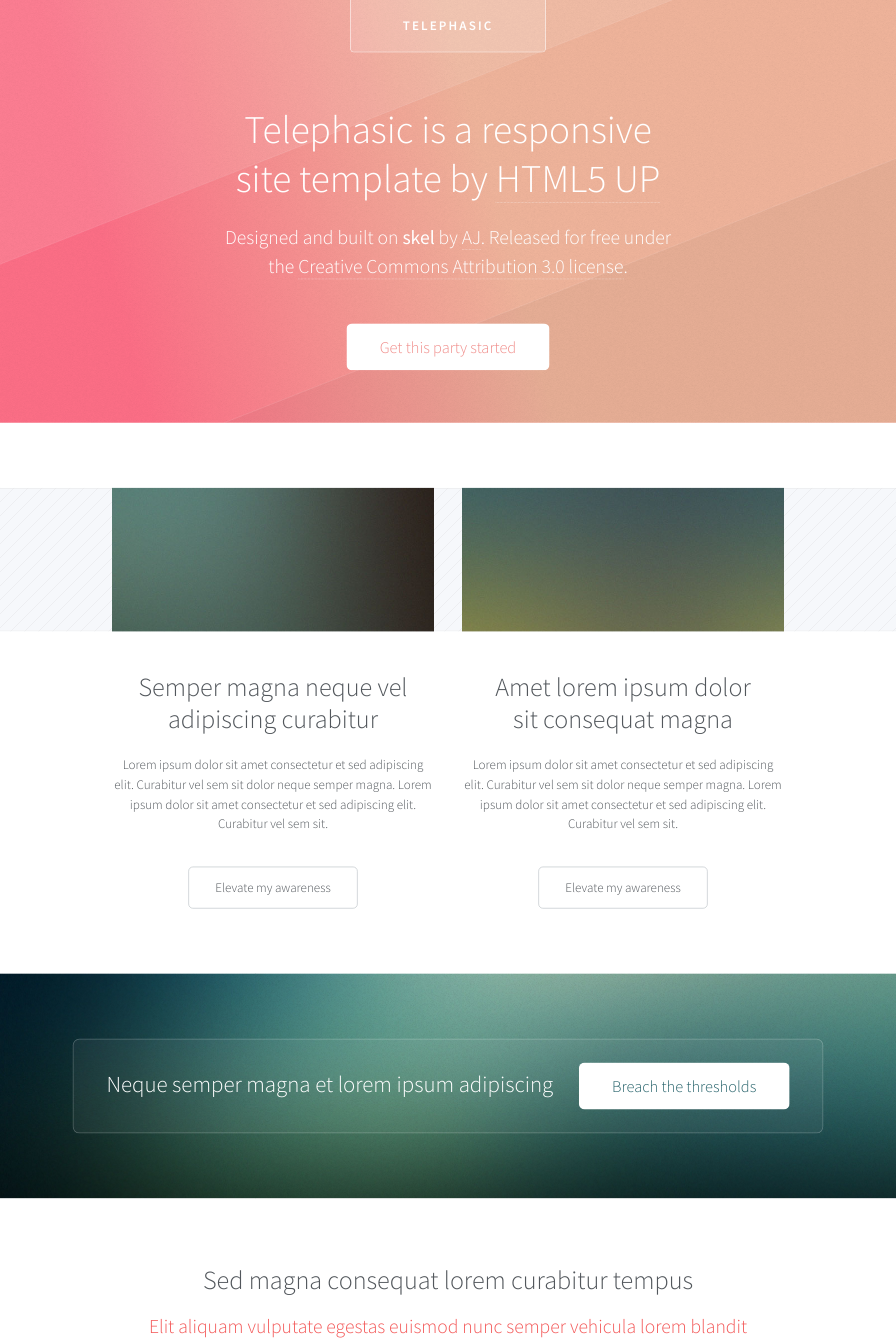
Repository: FranCodeCafe/francodecafe.github.io
Page: index.html
An editor plug-in stored every save of this project. The page is shown before and after the next save, followed by the edit.
The browser window is 1280 px wide. The pictures show the part of the page from y = 0 to 1920 px (the page is 3491 px tall before and 3111 px after), at 70% of full size.

Above is the page before, as saved 2020-01-22 14:07:20.

### index.html
<!DOCTYPE HTML>
<!--
	Telephasic by HTML5 UP
	html5up.net | @n33co
	Free for personal and commercial use under the CCA 3.0 license (html5up.net/license)
-->
<html>
	<head>
		<title>Telephasic by HTML5 UP</title>
		<meta http-equiv="content-type" content="text/html; charset=utf-8" />
		<meta name="description" content="" />
		<meta name="keywords" content="" />
		<!--[if lte IE 8]><script src="css/ie/html5shiv.js"></script><![endif]-->
		<script src="js/jquery.min.js"></script>
		<script src="js/jquery.dropotron.min.js"></script>
		<script src="js/skel.min.js"></script>
		<script src="js/skel-layers.min.js"></script>
		<script src="js/init.js"></script>
		<noscript>
			<link rel="stylesheet" href="css/skel.css" />
			<link rel="stylesheet" href="css/style.css" />
		</noscript>
		<!--[if lte IE 8]><link rel="stylesheet" href="css/ie/v8.css" /><![endif]-->
	</head>
	<body class="homepage">

		<!-- Header -->
			<div id="header-wrapper">
				<div id="header" class="container">

					<!-- Logo -->
						<h1 id="logo"><a href="index.html">Telephasic</a></h1>

					<!-- Nav -->
						<!-- <nav id="nav">
							<ul>
								<li>
									<a href="">Dropdown</a>
									<ul>
										<li><a href="#">Lorem ipsum dolor</a></li>
										<li><a href="#">Magna phasellus</a></li>
										<li><a href="#">Etiam dolore nisl</a></li>
										<li>
											<a href="">Phasellus consequat</a>
											<ul>
												<li><a href="#">Lorem ipsum dolor</a></li>
												<li><a href="#">Phasellus consequat</a></li>
												<li><a href="#">Magna phasellus</a></li>
												<li><a href="#">Etiam dolore nisl</a></li>
											</ul>
										</li>
										<li><a href="#">Veroeros feugiat</a></li>
									</ul>
								</li>
								<li><a href="left-sidebar.html">Left Sidebar</a></li>
								<li class="break"><a href="right-sidebar.html">Right Sidebar</a></li>
								<li><a href="no-sidebar.html">No Sidebar</a></li>
							</ul>
						</nav> -->

				</div>

				<!-- Hero -->
					<section id="hero" class="container">
						<header>
							<h2>Telephasic is a responsive
							<br />
							site template by <a href="http://html5up.net">HTML5 UP</a></h2>
						</header>
						<p>Designed and built on <strong>skel</strong> by <a href="http://n33.co">AJ</a>. Released for free under
						<br />
						the <a href="http://html5up.net/license">Creative Commons Attribution 3.0 license</a>.</p>
						<ul class="actions">
							<li><a href="#" class="button">Get this party started</a></li>
						</ul>
					</section>

			</div>

		<!-- Features 1 -->
			<div class="wrapper">
				<div class="container">
					<div class="row">
						<section class="6u 12u(narrower) feature">
							<div class="image-wrapper first">
								<a href="#" class="image featured first"><img src="images/pic01.jpg" alt="" /></a>
							</div>
							<header>
								<h2>Semper magna neque vel<br />
								adipiscing curabitur</h2>
							</header>
							<p>Lorem ipsum dolor sit amet consectetur et sed adipiscing elit. Curabitur vel
							sem sit dolor neque semper magna. Lorem ipsum dolor sit amet consectetur et sed
							adipiscing elit. Curabitur vel sem sit.</p>
							<ul class="actions">
								<li><a href="#" class="button">Elevate my awareness</a></li>
							</ul>
						</section>
						<section class="6u 12u(narrower) feature">
							<div class="image-wrapper">
								<a href="#" class="image featured"><img src="images/pic02.jpg" alt="" /></a>
							</div>
							<header>
								<h2>Amet lorem ipsum dolor<br />
								sit consequat magna</h2>
							</header>
							<p>Lorem ipsum dolor sit amet consectetur et sed adipiscing elit. Curabitur vel
							sem sit dolor neque semper magna. Lorem ipsum dolor sit amet consectetur et sed
							adipiscing elit. Curabitur vel sem sit.</p>
							<ul class="actions">
								<li><a href="#" class="button">Elevate my awareness</a></li>
							</ul>
						</section>
					</div>
				</div>
			</div>

		<!-- Promo -->
			<div id="promo-wrapper">
				<section id="promo">
					<h2>Neque semper magna et lorem ipsum adipiscing</h2>
					<a href="#" class="button">Breach the thresholds</a>
				</section>
			</div>

		<!-- Features 2 -->
			<div class="wrapper">
				<section class="container">
					<header class="major">
						<h2>Sed magna consequat lorem curabitur tempus</h2>
						<p>Elit aliquam vulputate egestas euismod nunc semper vehicula lorem blandit</p>
					</header>
					<div class="row features">
						<section class="4u 12u(narrower) feature">
							<div class="image-wrapper first">
								<a href="#" class="image featured"><img src="images/pic03.jpg" alt="" /></a>
							</div>
							<p>Lorem ipsum dolor sit amet consectetur et sed adipiscing elit. Curabitur
							vel sem sit dolor neque semper magna lorem ipsum.</p>
						</section>
						<section class="4u 12u(narrower) feature">
							<div class="image-wrapper">
								<a href="#" class="image featured"><img src="images/pic04.jpg" alt="" /></a>
							</div>
							<p>Lorem ipsum dolor sit amet consectetur et sed adipiscing elit. Curabitur
							vel sem sit dolor neque semper magna lorem ipsum.</p>
						</section>
						<section class="4u 12u(narrower) feature">
							<div class="image-wrapper">
								<a href="#" class="image featured"><img src="images/pic05.jpg" alt="" /></a>
							</div>
							<p>Lorem ipsum dolor sit amet consectetur et sed adipiscing elit. Curabitur
							vel sem sit dolor neque semper magna lorem ipsum.</p>
						</section>
					</div>
					<ul class="actions major">
						<li><a href="#" class="button">Elevate my awareness</a></li>
					</ul>
				</section>
			</div>

		<!-- Footer -->
			<div id="footer-wrapper">
				<div id="footer" class="container">
					<header class="major">
						<h2>Euismod aliquam vehicula lorem</h2>
						<p>Lorem ipsum dolor sit amet consectetur et sed adipiscing elit. Curabitur vel sem sit<br />
						dolor neque semper magna lorem ipsum feugiat veroeros lorem ipsum dolore.</p>
					</header>
					<div class="row">
						<section class="6u 12u(narrower)">
							<form method="post" action="#">
								<div class="row 50%">
									<div class="6u 12u(mobile)">
										<input name="name" placeholder="Name" type="text" />
									</div>
									<div class="6u 12u(mobile)">
										<input name="email" placeholder="Email" type="text" />
									</div>
								</div>
								<div class="row 50%">
									<div class="12u">
										<textarea name="message" placeholder="Message"></textarea>
									</div>
								</div>
								<div class="row 50%">
									<div class="12u">
										<ul class="actions">
											<li><input type="submit" value="Send Message" /></li>
											<li><input type="reset" value="Clear form" /></li>
										</ul>
									</div>
								</div>
							</form>
						</section>
						<section class="6u 12u(narrower)">
							<div class="row 0%">
								<ul class="divided icons 6u 12u(mobile)">
									<li class="icon fa-twitter"><a href="#"><span class="extra">twitter.com/</span>untitled</a></li>
									<li class="icon fa-facebook"><a href="#"><span class="extra">facebook.com/</span>untitled</a></li>
									<li class="icon fa-dribbble"><a href="#"><span class="extra">dribbble.com/</span>untitled</a></li>
								</ul>
								<ul class="divided icons 6u 12u(mobile)">
									<li class="icon fa-instagram"><a href="#"><span class="extra">instagram.com/</span>untitled</a></li>
									<li class="icon fa-youtube"><a href="#"><span class="extra">youtube.com/</span>untitled</a></li>
									<li class="icon fa-pinterest"><a href="#"><span class="extra">pinterest.com/</span>untitled</a></li>
								</ul>
							</div>
						</section>
					</div>
				</div>
				<div id="copyright" class="container">
					<ul class="menu">
						<li>&copy; Untitled. All rights reserved.</li><li>Design: <a href="http://html5up.net">HTML5 UP</a></li>
					</ul>
				</div>
			</div>

	</body>
</html>

### css/style-normal.css
/*
	Telephasic by HTML5 UP
	html5up.net | @n33co
	Free for personal and commercial use under the CCA 3.0 license (html5up.net/license)
*/

/*********************************************************************************/
/* Basic                                                                         */
/*********************************************************************************/

	body,input,textarea,select
	{
		line-height: 1.5em;
		font-size: 14pt;
	}

	span.extra
	{
		display: none;
	}

/*********************************************************************************/
/* Wrappers                                                                      */
/*********************************************************************************/

	.wrapper
	{
		padding: 5em 0 5em 0;
	}

	#header-wrapper
	{
		padding: 2em 0 em 0;
	}

		.homepage #header-wrapper
		{
			padding: 8em 0 4em 0;
		}

	#promo-wrapper
	{
		padding: 5em 0 5em 0;
	}

	#footer-wrapper
	{
		padding: 5em 0 5em 0;
	}

Loaded but not shown: js/jquery.min.js (library); js/jquery.dropotron.min.js (library); js/skel.min.js (library); js/skel-layers.min.js (library); css/font-awesome.min.css (library); js/init.js (92 lines, source omitted); css/style.css (938 lines, source omitted)

After the next save:
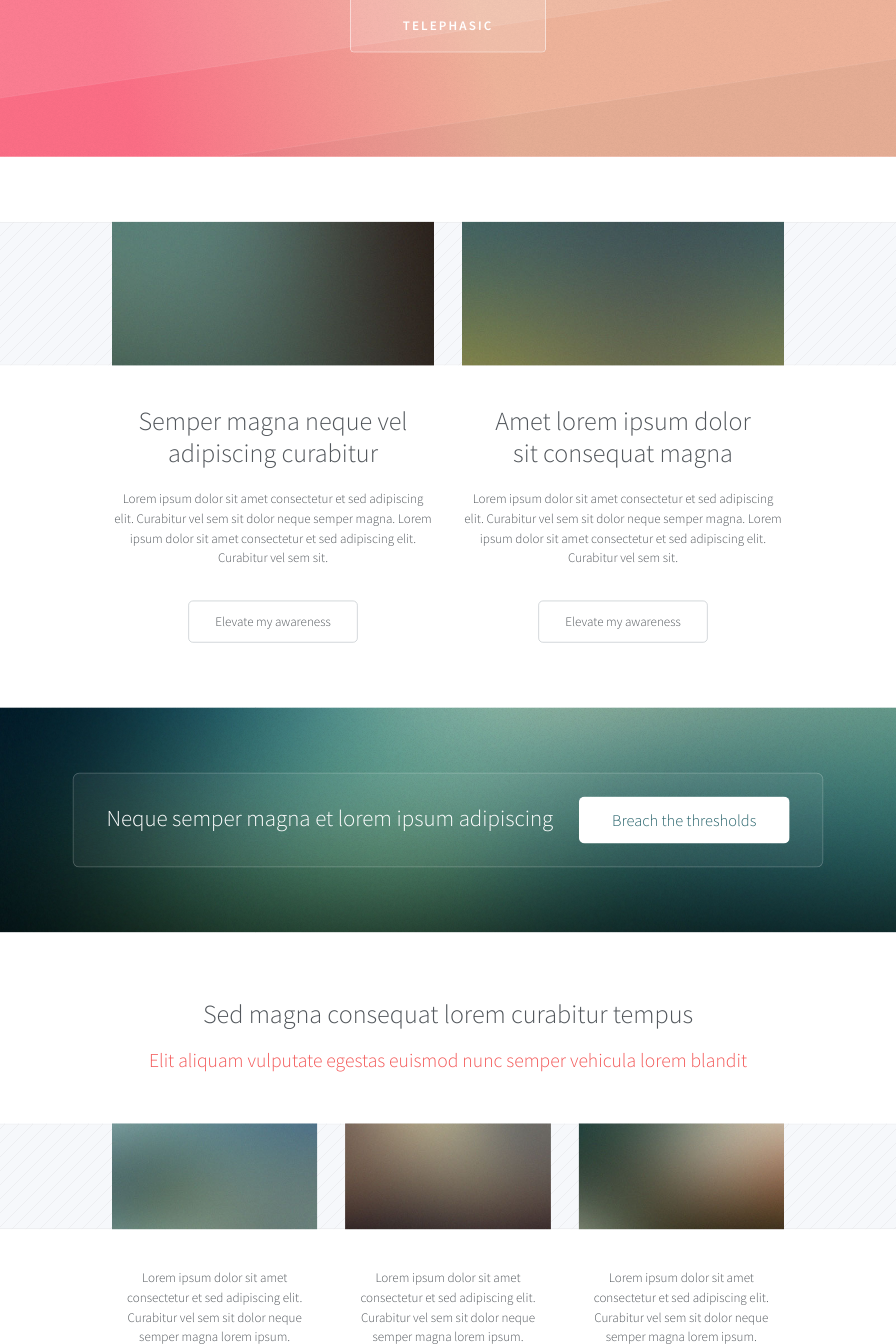
Saved 63 s later.
--- a/index.html
+++ b/index.html
@@ -61,7 +61,7 @@
 				</div>
 
 				<!-- Hero -->
-					<section id="hero" class="container">
+					<!-- <section id="hero" class="container">
 						<header>
 							<h2>Telephasic is a responsive
 							<br />
@@ -73,7 +73,7 @@
 						<ul class="actions">
 							<li><a href="#" class="button">Get this party started</a></li>
 						</ul>
-					</section>
+					</section> -->
 
 			</div>
 
